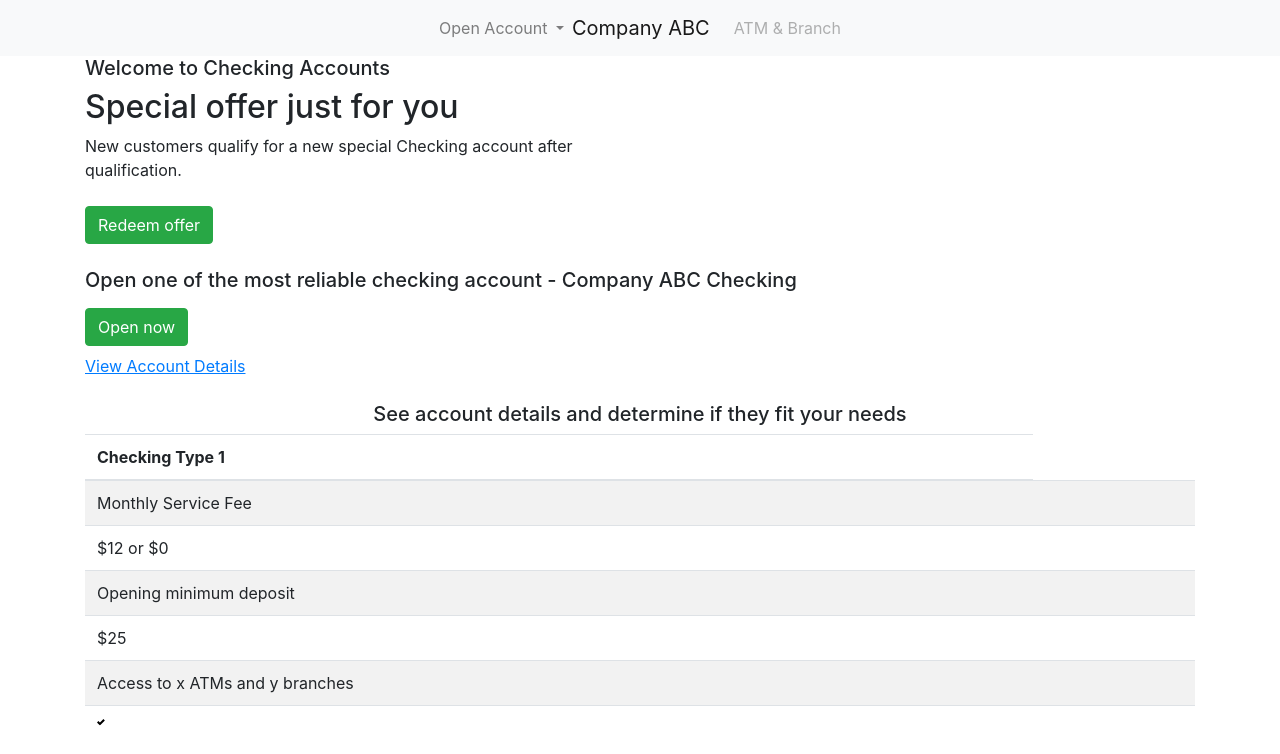
Repository: barriosan95/banking-opening-account-demo
Page: http://localhost/checking
The author's editor kept a record of every edit. The page is drawn from the files as they stood at one moment, then again after the next edit.
The browser window is 1280 px wide. The pictures show the whole page.
Some web fonts or font styles are not loaded; a fallback is used. Some web libraries are served in a nearby version. The page is served by the project's Node server (index.js).

Above is the page before.

### views/checking.ejs
<% include ./partials/header %>

<div class = "container">
    <h5> Welcome to Checking Accounts </h5>
</div>
<div class ="container">
    <div class ="row">
        <div class ="col-md-6">
            <h2> Special offer just for you</h2>
            <p> New customers qualify for a new special Checking account after qualification.</p>
            <button type="submit" class="btn btn-success mt-2">Redeem offer</button>

        </div>
    </div>
</div>
<div class ="container mt-4">
    <h5> Open one of the most reliable checking account - Company ABC Checking </h5>
    <button type="submit" class="btn btn-success mt-2">Open now</button>
    <div class="mt-2">
        <a href="#"><u>View Account Details</u></a>
    </div>
</div>
<div class="container mt-4 text-center">
    <h5> See account details and determine if they fit your needs</h5>
    <table class="table table-striped">
        <thead>
            <tr>
              <th scope="col">Checking Type 1</th>

            </tr>
        </thead>
        <tbody>
            <tr>

              <td>Monthly Service Fee</td>
              <td></td>
              <td></td>
            </tr>
            <tr>
              <td class="">$12 or $0 </td>
              <td></td>
              <td></td>
            </tr>
            <tr>
              <td>Opening minimum deposit</td>
              <td></td>
              <td></td>
            </tr>
            <tr>
              <td>$25</td>
              <td></td>
              <td></td>
            </tr>
            <tr>
              <td> Access to x ATMs and y branches </td>
              <td></td>
              <td></td>
            </tr>
            <tr>
              <td> <img src="icons/check.svg"> </td>
              <td></td>
              <td></td>
            </tr>
        </tbody>
    </table>
</div>

<% include ./partials/footer %>

### views/partials/header.ejs
<!DOCTYPE HTML!>
<html>

    <head>


        <!--CDN Bootstrap v4.1.3-->
        <link rel="stylesheet" href="https://stackpath.bootstrapcdn.com/bootstrap/4.1.3/css/bootstrap.min.css">
        <link rel="stylesheet" href="https://cdnjs.cloudflare.com/ajax/libs/font-awesome/4.7.0/css/font-awesome.min.css">

        <!--font -->
        <link href="https://fonts.googleapis.com/css?family=Muli:200,300,400,700,800" rel="stylesheet">

        <!--Will ensure proper responsivness on mobile devices-->
        <meta name="viewport" content="width=device-width, initial-scale=1, shrink-to-fit=no">

        <title> Banking OA Demo </title>

        <meta name="viewport" content="width=device-width, initial-scale=1, maximum-scale=1, user-scalable=no">

    </head>

    <body>

    <!--NAVBAR-->
        <nav class="navbar navbar-expand-lg navbar-light bg-light">
            <button class="navbar-toggler" type="button" data-toggle="collapse" data-target="#navbarNavDropdown" aria-controls="navbarNavDropdown" aria-expanded="false" aria-label="Toggle navigation">
                <span class="navbar-toggler-icon"></span>
            </button>

            <div class="collapse navbar-collapse" id="navbarNavDropdown">
                <ul class="navbar-nav mx-auto">
                    <li class="nav-item dropdown">
                        <a class="nav-link dropdown-toggle" href="#" id="navbarDropdown" role="button" data-toggle="dropdown">
                            Open Account
                        </a>
                        <div class="dropdown-menu" aria-labelledby="navbarDropdown">
                          <a class="dropdown-item" href="/checking">Checking Accounts</a>
                          <div class="dropdown-divider"></div>
                          <a class="dropdown-item" href="#">Savings Accounts </a>
                          <div class="dropdown-divider"></div>
                          <a class="dropdown-item" href="#">Money Market Accounts</a>
                          <div class="dropdown-divider"></div>
                          <a class="dropdown-item" href="#">CD and IRA's</a>

                        </div>
                    </li>
                    <a class="navbar-brand" href="/"> Company ABC </a>
                     <li class="nav-item">
                        <a class="nav-link disabled" href="#">ATM & Branch</a>
                     </li>
                </ul>
            </div>
        </nav>

### views/partials/footer.ejs

        <!--Bootstrap js scripts-->
        <script src="https://code.jquery.com/jquery-3.3.1.min.js" integrity="sha256-FgpCb/KJQlLNfOu91ta32o/NMZxltwRo8QtmkMRdAu8="crossorigin="anonymous"></script>
        <script src="https://cdnjs.cloudflare.com/ajax/libs/popper.js/1.12.9/umd/popper.min.js" integrity="sha384-ApNbgh9B+Y1QKtv3Rn7W3mgPxhU9K/ScQsAP7hUibX39j7fakFPskvXusvfa0b4Q" crossorigin="anonymous"></script>
        <script src="https://maxcdn.bootstrapcdn.com/bootstrap/4.0.0/js/bootstrap.min.js" integrity="sha384-JZR6Spejh4U02d8jOt6vLEHfe/JQGiRRSQQxSfFWpi1MquVdAyjUar5+76PVCmYl" crossorigin="anonymous"></script>
        <!--JS SCIPTs -->

        <script src="/js/forms.js"></script>
        <script src="https://cdn.jsdelivr.net/npm/jquerykeyframes@1.0.5/dist/jquery.keyframes.min.js"></script>

    </body>
</html>

### index.js
const express = require('express');


const mainRoutes = require('./routes/main');

//APP CONFIGURATIONS
var app = express();
    app.set('view engine','ejs');
    app.use(express.static("public"));
    app.use(mainRoutes);





app.listen(process.env.PORT,process.env.IP,function(){
    console.log('Server established.');
});

### routes/main.js
const express = require('express');

const router = express.Router();

router.get("/", function(req,res){
    res.render('main');
});

router.get("/checking",function(req,res){
    res.render('checking');
});


module.exports = router;

### public/icons/check.svg
<svg xmlns="http://www.w3.org/2000/svg" width="8" height="8" viewBox="0 0 8 8">
  <path d="M6.41 0l-.69.72-2.78 2.78-.81-.78-.72-.72-1.41 1.41.72.72 1.5 1.5.69.72.72-.72 3.5-3.5.72-.72-1.44-1.41z" transform="translate(0 1)" />
</svg>

Loaded but not shown: public/js/forms.js (no copy from this time; the picture is the same without it)

After the next edit:
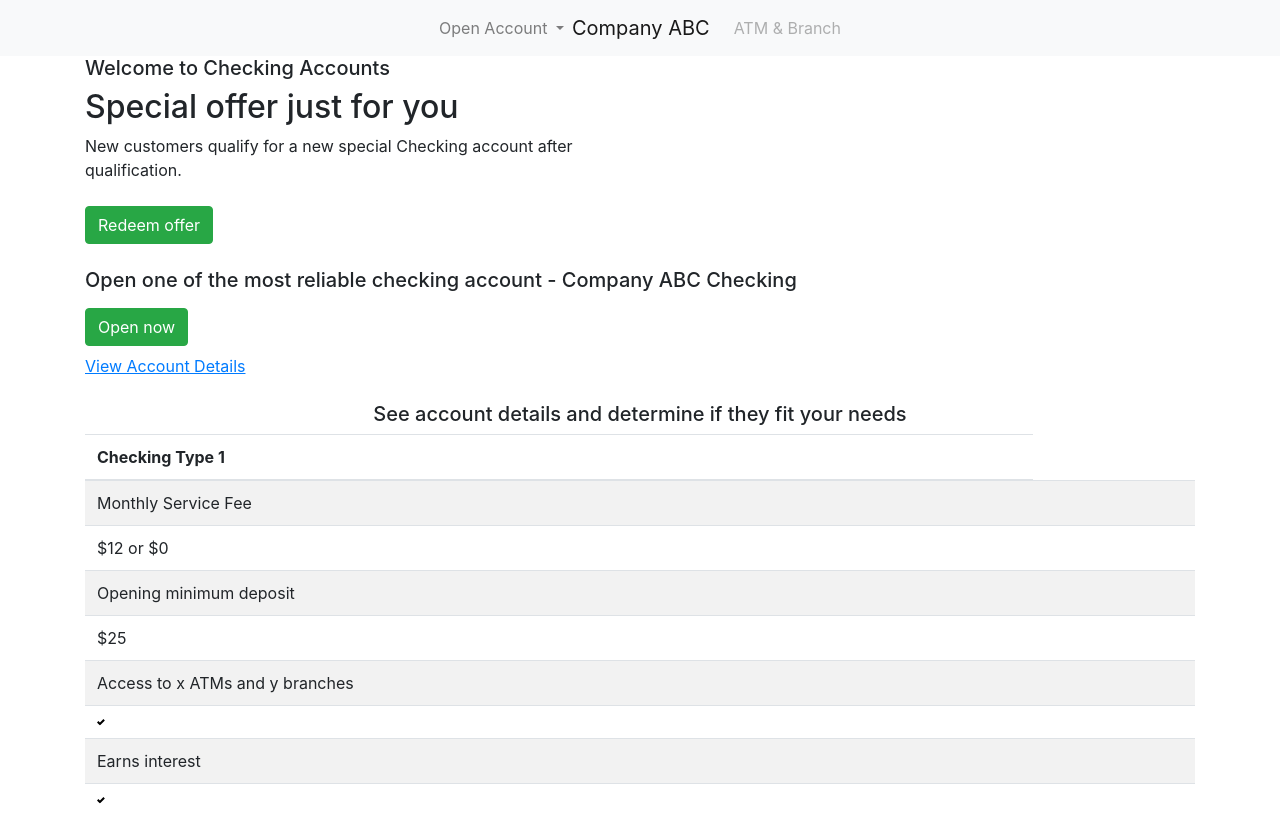
The edit:
--- a/views/checking.ejs
+++ b/views/checking.ejs
@@ -61,6 +61,16 @@
               <td></td>
               <td></td>
             </tr>
+            <tr>
+              <td> Earns interest  </td>
+              <td></td>
+              <td></td>
+            </tr>
+            <tr>
+              <td> <img src="icons/check.svg"> </td>
+              <td></td>
+              <td></td>
+            </tr>
         </tbody>
     </table>
 </div>
